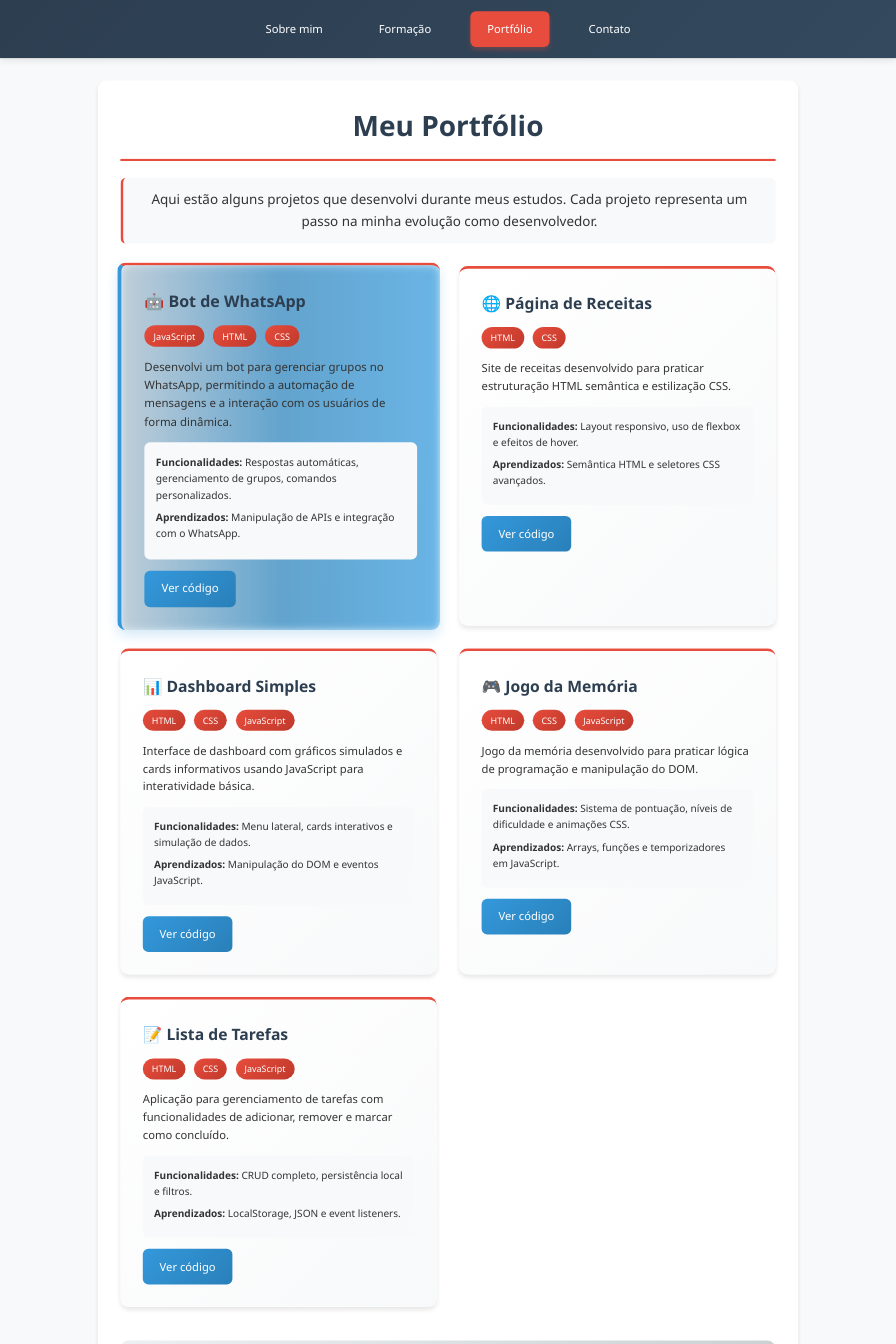
Repository: AnderHonorato/meu-portfolio
Page: portfolio.html
These files come from the project's save history. The page is drawn as it stood at one moment and after the next save; the edit follows.
The browser window is 1280 px wide. The pictures show the part of the page from y = 0 to 1920 px (the page is 2792 px tall), at 70% of full size.

Above is the page before, as saved 2025-08-26 20:30:25.

After the next save:
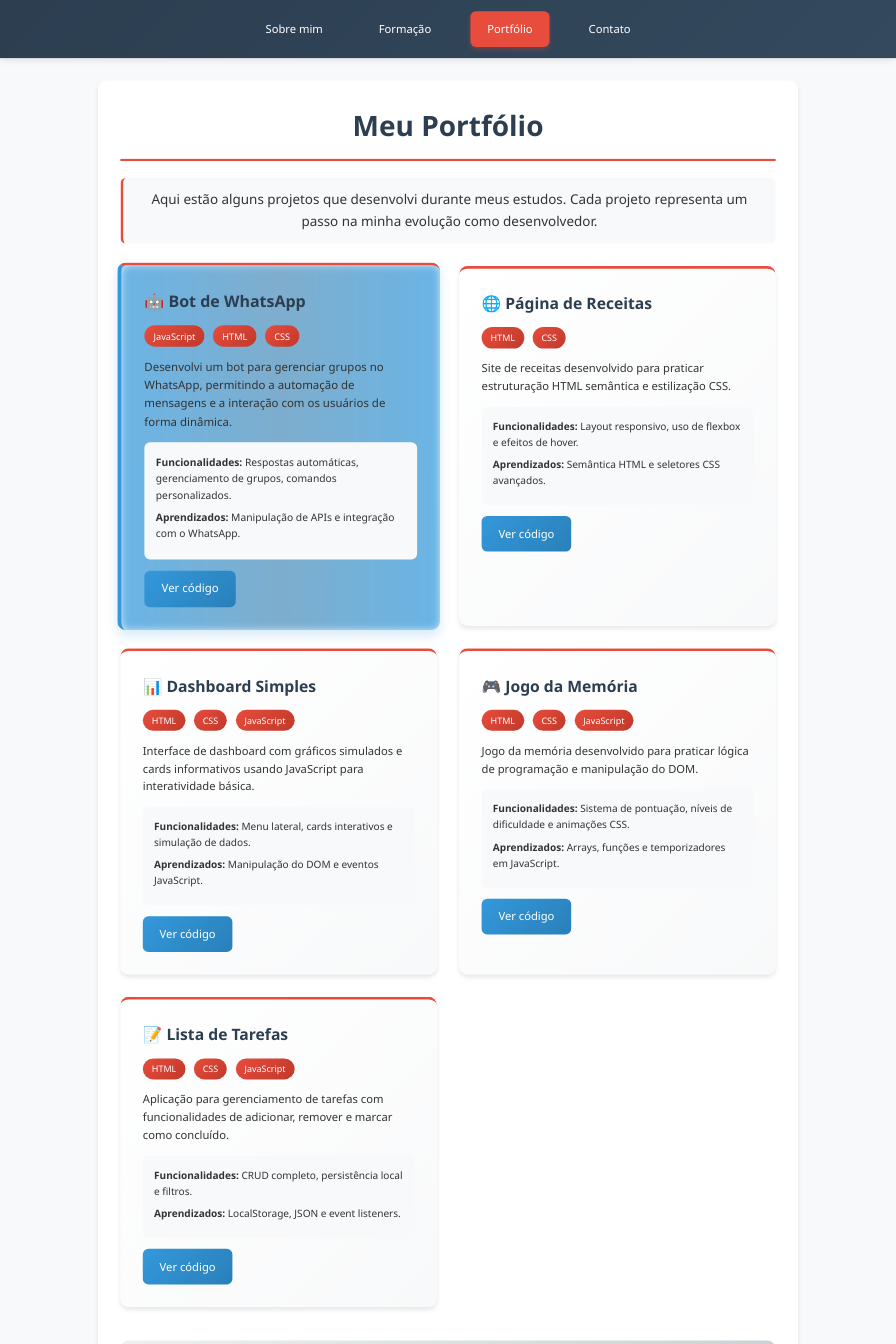
Saved 10 s later.
--- a/css/style.css
+++ b/css/style.css
@@ -711,7 +711,7 @@ html {
     left: -2px;
     right: -2px;
     bottom: -2px;
-    background: linear-gradient(90deg, #adbdc9, #2980b9, #3498db);
+    background: linear-gradient(90deg, #3498db, #508eb8, #3498db);
     z-index: 0;
     border-radius: 12px;
     filter: blur(6px);
